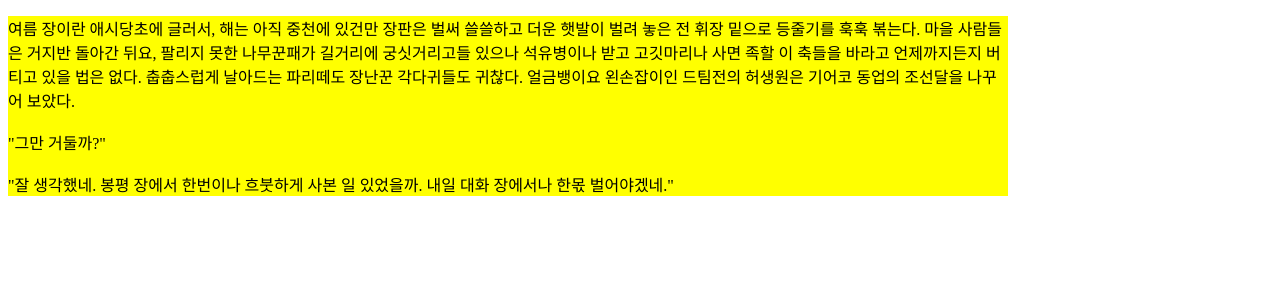
Repository: jeemaru/htme_01
Page: css_02/ex_02.html
The author's editor kept a copy of each file at every save. The page is drawn from the files as they stood at one save, then again after the next save.
The browser window is 1280 px wide. The pictures show the whole page.

Above is the page before, as saved 2022-04-07 02:13:51.

### css_02/ex_02.html
<!DOCTYPE html>

<html lang="ko"> <!-- 한국어문서만 검색할때, 음성으로 할때 한국어 음성지원 -->
    <head>
        <meta charset="UTF-8"> <!-- 브라우저가 문서를 해석할때 필요한 정보 -->
        <title>스타일시트</title>
		<!-- 스타일시트자리 -->
		<style>
			.box {background-color: #ffff00;
				  max-width: 1000px;}

		</style>

    </head>

    <body>
			<!-- max = 이거 이상 늘어나지 않음 -->

			<p class="box">여름 장이란 애시당초에 글러서, 해는 아직 중천에 있건만 장판은 벌써 쓸쓸하고 더운 햇발이 벌려 놓은
               전 휘장 밑으로 등줄기를 훅훅 볶는다. 마을 사람들은 거지반 돌아간 뒤요, 팔리지 못한 나무꾼패가 길거리에
               궁싯거리고들 있으나 석유병이나 받고 고깃마리나 사면 족할 이 축들을 바라고 언제까지든지 버티고 있을 법은 없다.
               춥춥스럽게 날아드는 파리떼도 장난꾼 각다귀들도 귀찮다. 얼금뱅이요 왼손잡이인 드팀전의 허생원은 기어코 동업의
               조선달을 나꾸어 보았다.<br>
               <br>
               "그만 거둘까?"<br>
               <br>
               "잘 생각했네. 봉평 장에서 한번이나 흐붓하게 사본 일 있었을까.
               내일 대화 장에서나 한몫 벌어야겠네."<br>
           </p>


    </body>

</html>

After the next save:
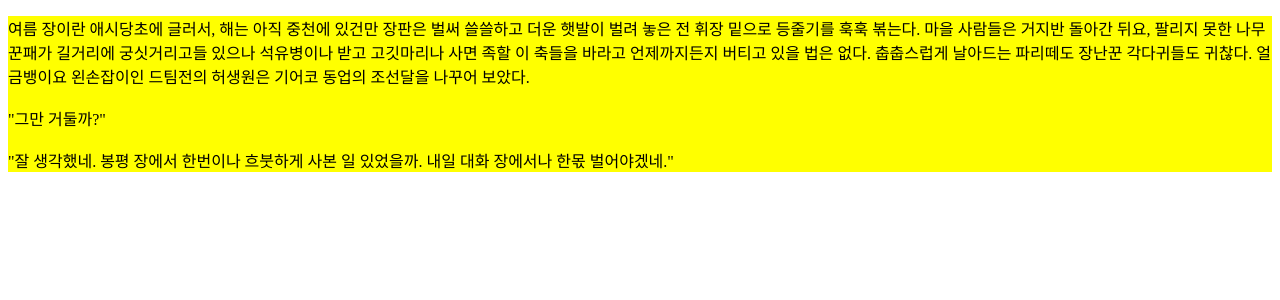
Saved 90 s later.
--- a/css_02/ex_02.html
+++ b/css_02/ex_02.html
@@ -7,7 +7,7 @@
 		<!-- 스타일시트자리 -->
 		<style>
 			.box {background-color: #ffff00;
-				  max-width: 1000px;}
+				  min-width: 960px;}
 
 		</style>
 
